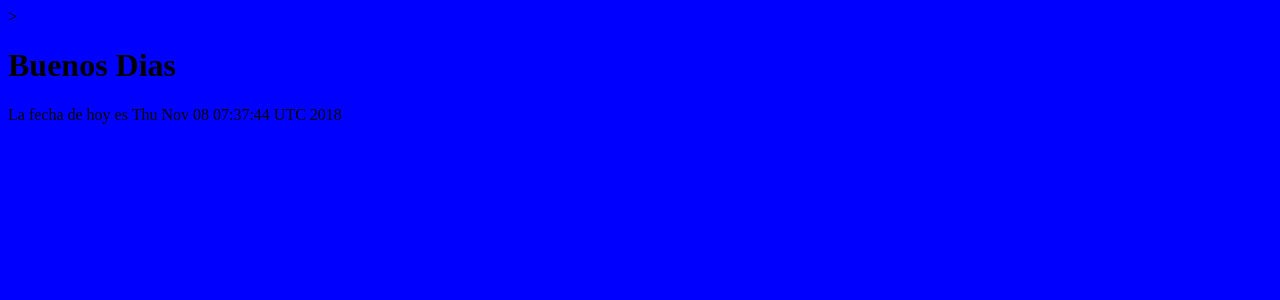
Repository: rengifolu/Blog
Page: http://localhost/PrimerosPasosJSP/saludo.jsp
An editor plug-in stored every save of this project. The page is shown before and after the next save, followed by the edit.
The browser window is 1280 px wide. The pictures show the whole page.
The page is served by Tomcat 9. Other server files are loaded and not shown.

Above is the page before, as saved 2018-11-08 07:48:35.

### PrimerosPasosJSP/WebContent/saludo.jsp
<%@page import="java.util.Date"%>
<html>

<body style="background:blue">>
  <h1>
      Buenos Dias
  </h1>

      La fecha de hoy es  <%= new Date() %>
</body>
</html>

After the next save:
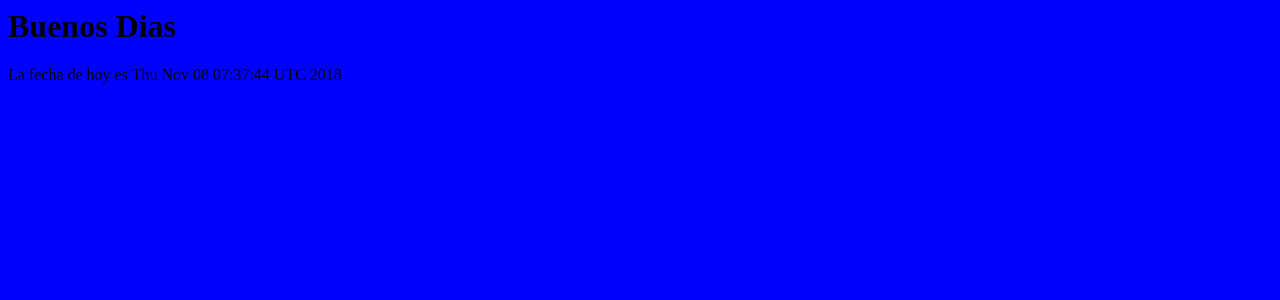
Saved 27 s later.
--- a/PrimerosPasosJSP/WebContent/saludo.jsp
+++ b/PrimerosPasosJSP/WebContent/saludo.jsp
@@ -1,7 +1,7 @@
 <%@page import="java.util.Date"%>
 <html>
 
-<body style="background:blue">>
+<body style="background:blue">
   <h1>
       Buenos Dias
   </h1>
